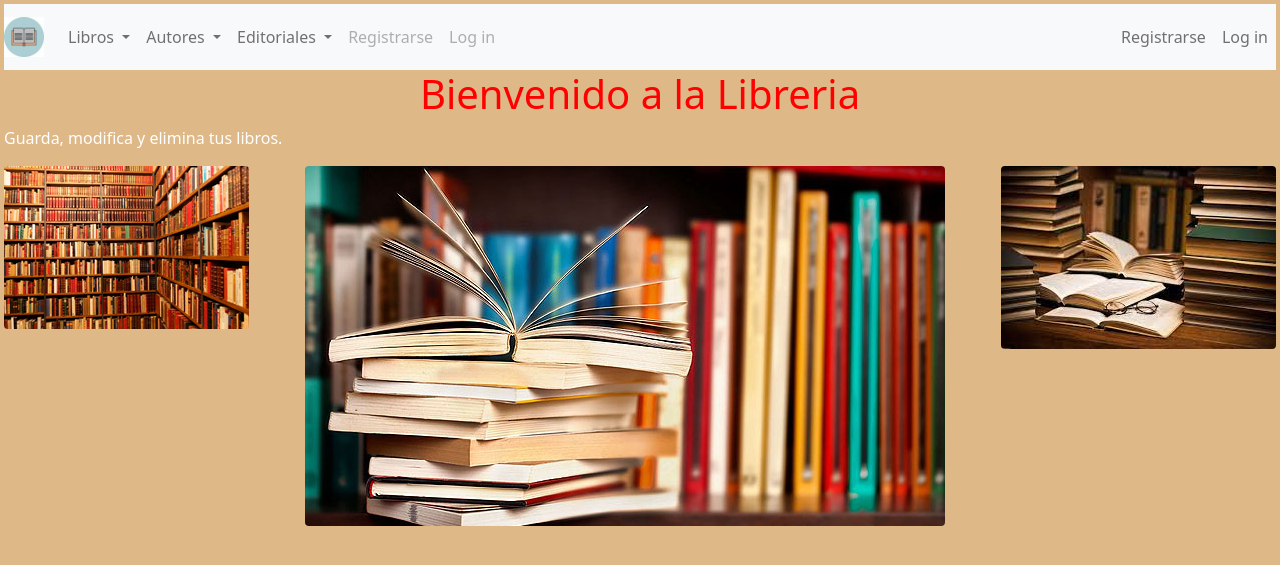
Repository: frnalonso/libreria
Page: src/main/resources/templates/index.html
These files come from the project's save history. The page is drawn as it stood at one moment and after the next save; the edit follows.
The browser window is 1280 px wide. The pictures show the whole page.

Above is the page before, as saved 2021-12-03 03:06:56.

After the next save:
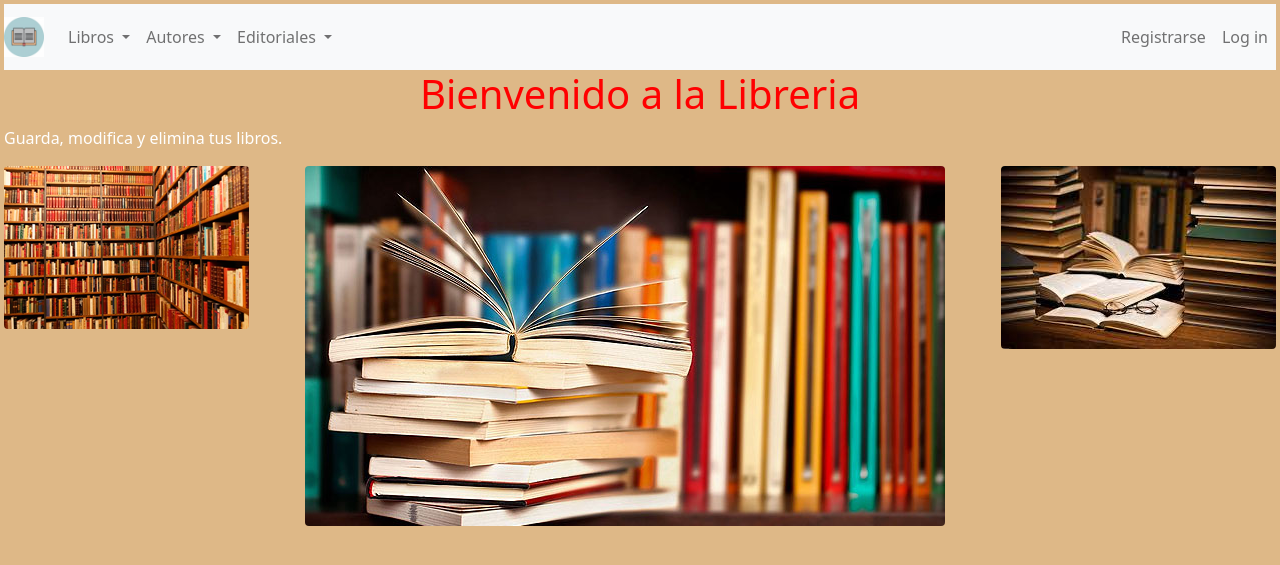
Saved 18 s later.
--- a/src/main/resources/templates/index.html
+++ b/src/main/resources/templates/index.html
@@ -47,8 +47,6 @@
                 <li><a class="dropdown-item" href="/editorial/mostrarEditoriales">Ver Editoriales</a></li>
               </ul>
             </li>
-            <a class="nav-item nav-link disabled" href="Log in">Registrarse</a>
-            <a class="nav-item nav-link disabled" href="Log in">Log in</a>
           </div>
           <div class="mx-auto order-0">
             <!--Dejo este div para que pueda tener Registrarse y Log in del lado derecho.-->
